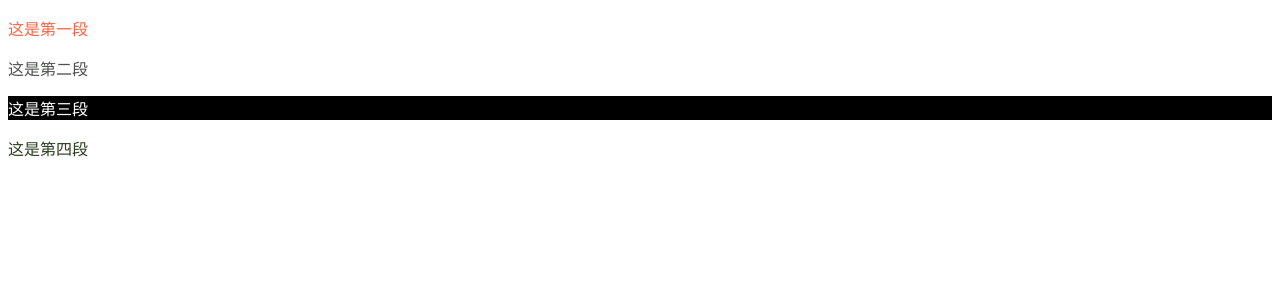
Repository: nanfengovo/CSS
Page: index.html
An editor plug-in stored every save of this project. The page is shown before and after the next save, followed by the edit.
The browser window is 1280 px wide. The pictures show the whole page.

Above is the page before, as saved 2024-12-31 22:56:06.

### index.html
<!DOCTYPE html>
<html lang="en">
<head>
    <meta charset="UTF-8">
    <meta name="viewport" content="width=device-width, initial-scale=1.0">
    <title>CSS的颜色</title>
    <style>
        body{
            color: blue;
        }
        #p1{
            color:tomato;
        }
        #p2{
            color: rgb(78, 81, 78);
        }
        #p3{
            color: #ffffff;
            background-color: black;
        }
        #p4{
            /*HSL*/
            /* H:色调 */
            /* S:饱和度 */
            /* L:亮度 */
            color: hsl(100, 31%, 19%);
        }
    </style>
</head>
<body>
    <p id="p1">这是第一段</p>
    <p id="p2">这是第二段</p>
    <p id="p3">这是第三段</p>
    <p id="p4">这是第四段</p>
</body>
</html>

After the next save:
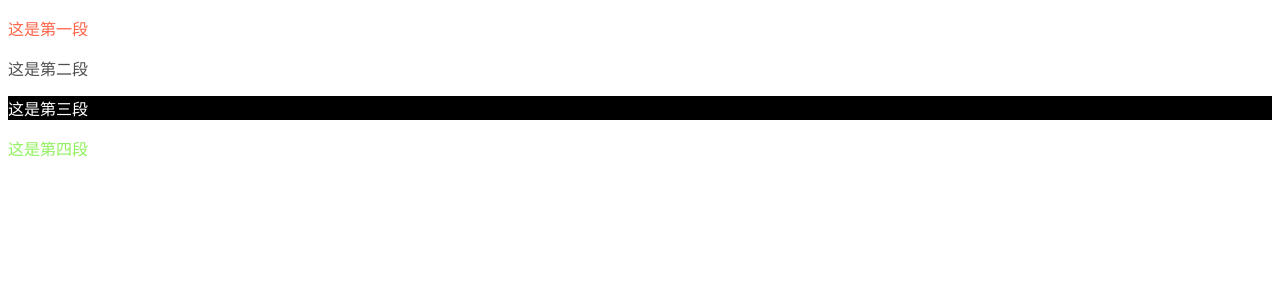
Saved 17 s later.
--- a/index.html
+++ b/index.html
@@ -23,7 +23,7 @@
             /* H:色调 */
             /* S:饱和度 */
             /* L:亮度 */
-            color: hsl(100, 31%, 19%);
+            color: hsl(100, 84%, 66%);
         }
     </style>
 </head>
